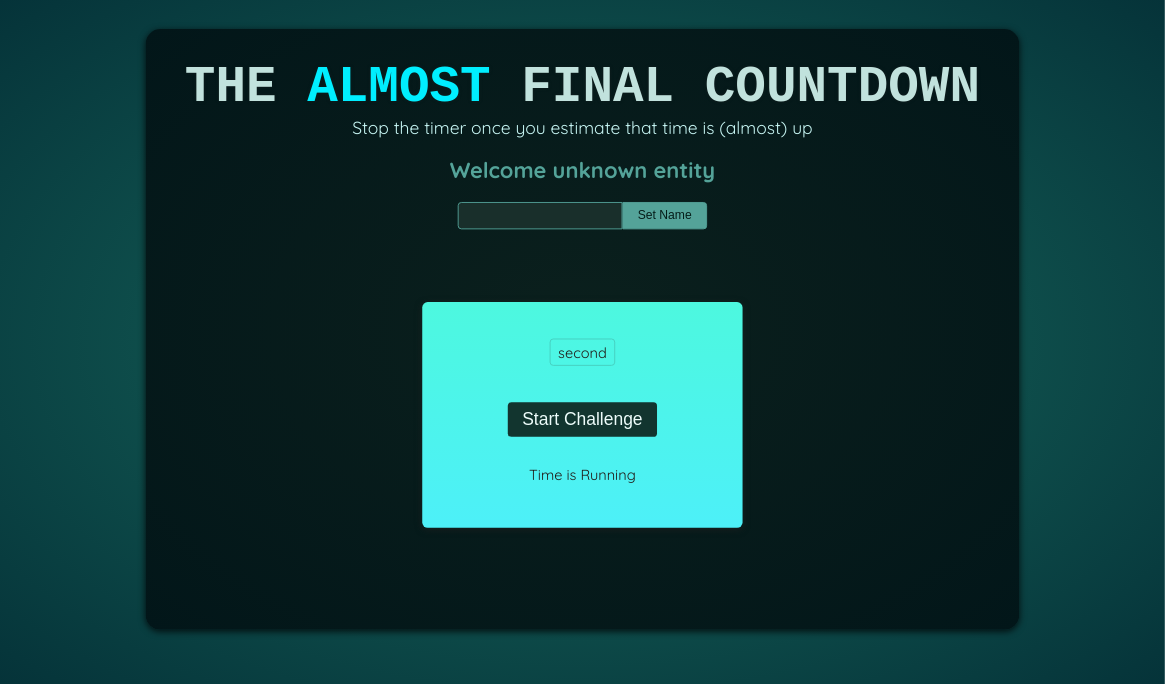
Repository: collyrium921/countdown-game
Page: /
These files come from the project's save history. The page is drawn as it stood at one moment and after the next save; the edit follows.
The browser window is 1280 px wide. The pictures show the whole page, at 91% of full size.
Some web fonts or font styles are not loaded; a fallback is used. The project was rebuilt for these pictures with package versions that can differ from the ones it lists, and the page was loaded fresh each time. Also part of the build but not shown: vite.config.js.

Above is the page before, as saved 2024-05-25 03:10:41.

### src/App.jsx
import Player from './components/Player.jsx';
import TimerChallenge from './components/TimerChallenge.jsx';

function App() {
  return (
    <>
      <Player />
      <div id="challenges">
        <TimerChallenge />
      </div>
    </>
  );
}

export default App;

### src/components/Player.jsx
import { useState, useRef } from "react";

export default function Player() {
  const playerName= useRef();
  const [enteredPlayerName, setEnteredPlayerName] = useState(null);

  function handleClick(){
   setEnteredPlayerName(playerName.current.value);
   playerName.current.value = ''
  }
  return (
    <section id="player">
      <h2>Welcome {enteredPlayerName ?? 'unknown entity'}</h2>
      <p>
        <input ref={playerName} type="text" />
        <button onClick={handleClick}>Set Name</button>
      </p>
    </section>
  );
}

### src/components/TimerChallenge.jsx
export default function TimerChallenge({title, targetTime}){
    return(
        <section className="challenge">
            <h2>{title}</h2>
            <p className="challenge-time">
                {targetTime} second{targetTime>1?'s':''}
            </p>
            <p>
                <button>
                    Start Challenge
                </button>
            </p>
            <p className="">
                Time is Running
            </p>
        </section>
    )
}

Loaded but not shown: index.html (common file); src/main.jsx (common file); src/index.css (common file)

After the next save:
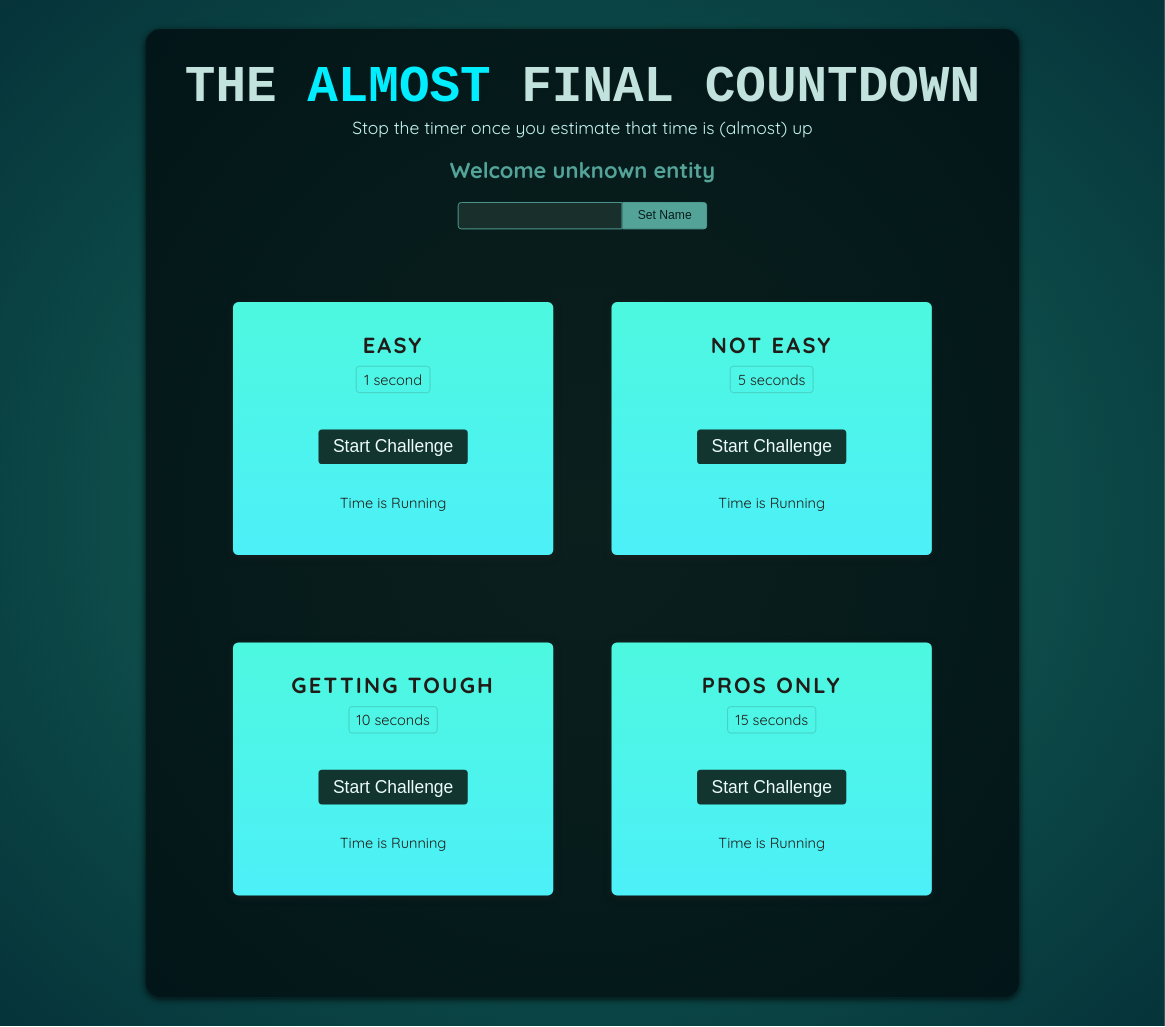
Saved 43 s later.
--- a/src/App.jsx
+++ b/src/App.jsx
@@ -6,7 +6,10 @@ function App() {
     <>
       <Player />
       <div id="challenges">
-        <TimerChallenge />
+        <TimerChallenge title="Easy" targetTime={1} />
+        <TimerChallenge title="Not Easy" targetTime={5} />
+        <TimerChallenge title="Getting Tough" targetTime={10} />
+        <TimerChallenge title="Pros Only" targetTime={15} />
       </div>
     </>
   );
